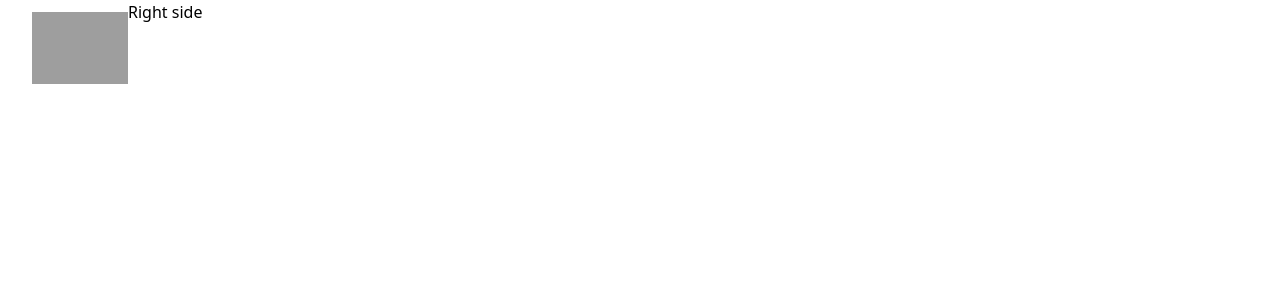
Repository: Mardoqueu/insta-v1
Page: /
The author's editor kept a copy of each file at every save. The page is drawn from the files as they stood at one save, then again after the next save.
The browser window is 1280 px wide. The pictures show the whole page.
Pictures or frames that could not be fetched are drawn as grey boxes. The project was rebuilt for these pictures with package versions that can differ from the ones it lists, and the page was loaded fresh each time. The framework's server and built-in components were replaced by stand-ins that run in the browser. Also part of the build but not shown: next.config.js.

Above is the page before, as saved 2022-08-25 09:10:53.

### pages/index.js
import Head from 'next/head'
import styles from '../styles/Home.module.css'
import Header from './components/Header'

export default function Home() {
  return (
    <div className={styles.container}>
      <Head>
        <title>Instagram</title>
        <meta name="description" content="Generated by create next app" />
        <link rel="icon" href="/favicon.ico" />
      </Head>
    {/*Head*/}
    <Header/>

    {/*Feed*/}

    {/*Modal*/}

    </div>
  )
}

### pages/components/Header.js
import React from 'react'
import Image from 'next/image';

export default function Header() {
  return (
    <div className=''>
        {/*Left*/}
        <div className="flex">
            <div className="cursor-pointer h-24 w-24 relative hidden lg:inline-grid">
            <Image
                src="http://www.jennexplores.com/wp-content/uploads/2015/09/Instagram_logo_black.png"
                layout='fill'
                className="object-contain"
              />
            </div>
            <div className="cursor-pointer h-24 w-10 relative lg:hidden">
            <Image
                src="https://upload.wikimedia.org/wikipedia/commons/thumb/e/e7/Instagram_logo_2016.svg/800px-Instagram_logo_2016.svg.png"
                layout='fill'
                className="object-contain"
              />
            </div>

            <h1>Right side</h1>

        </div>

        {/*Middle*/}


        {/*Right*/}

    </div>
  )
}

Loaded but not shown: pages/_app.js (common file); styles/globals.css (common file); styles/Home.module.css (common file); tailwind.config.js (common file)

After the next save:
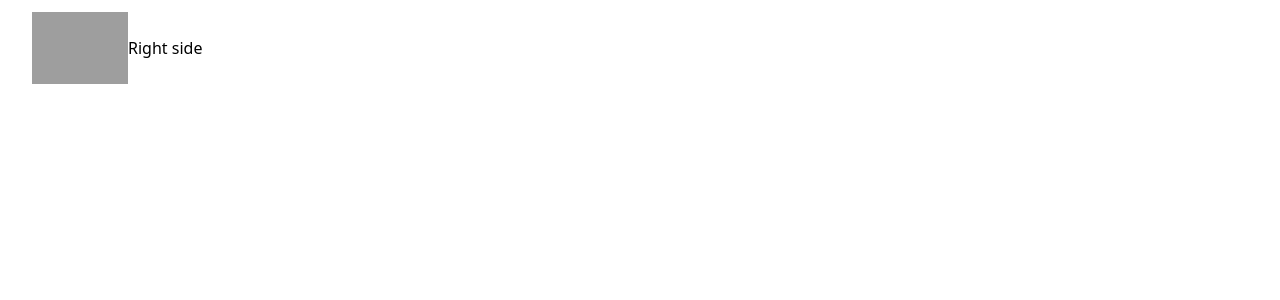
Saved 10 s later.
--- a/pages/components/Header.js
+++ b/pages/components/Header.js
@@ -5,7 +5,7 @@
   return (
     <div className=''>
         {/*Left*/}
-        <div className="flex">
+        <div className="flex items-center">
             <div className="cursor-pointer h-24 w-24 relative hidden lg:inline-grid">
             <Image
                 src="http://www.jennexplores.com/wp-content/uploads/2015/09/Instagram_logo_black.png"
